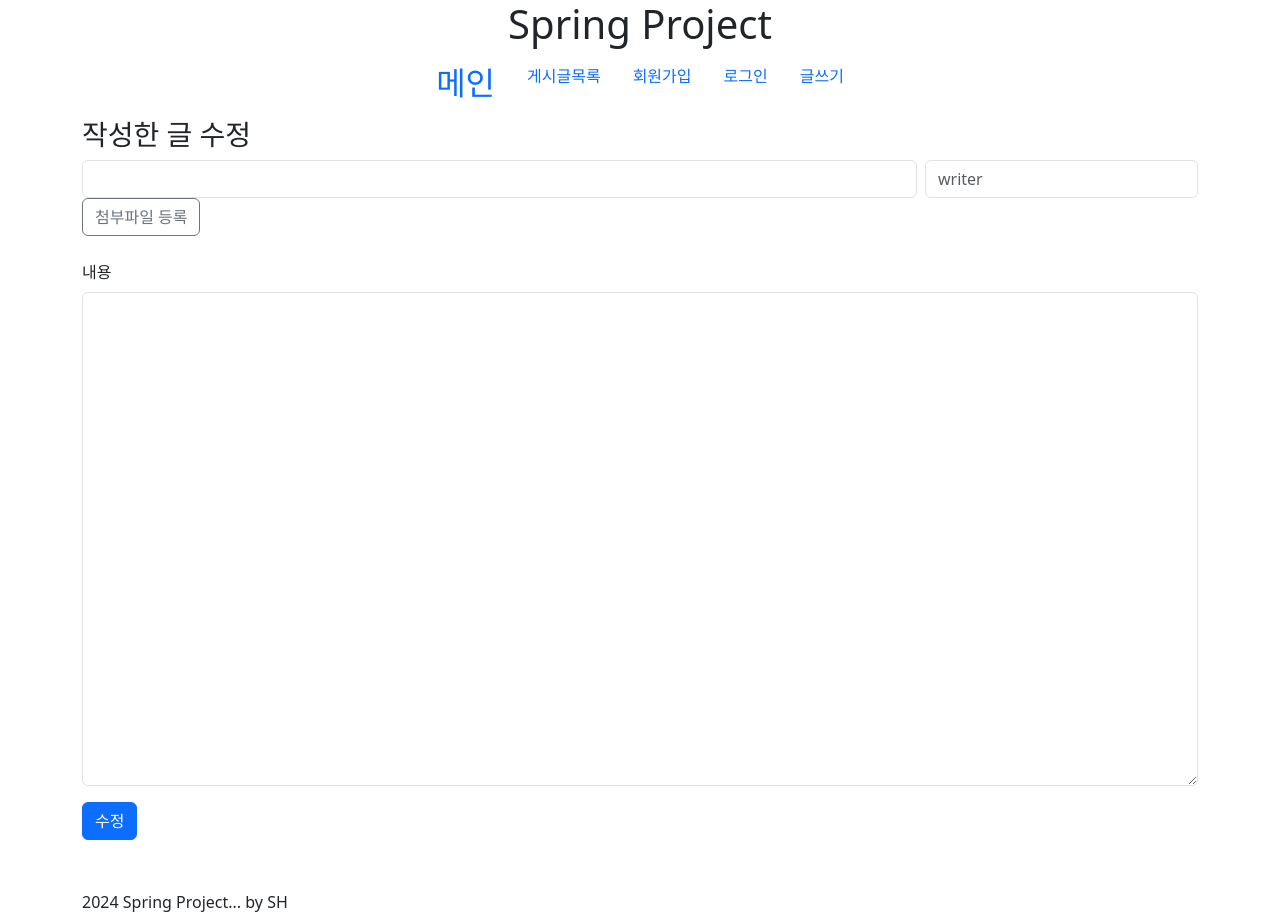
Repository: dtkd19/spring_personal_project
Page: http://localhost/myproject/WEB-INF/views/board/modify.jsp
These files come from the project's save history. The page is drawn as it stood at one moment and after the next save; the edit follows.
The browser window is 1280 px wide. The pictures show the whole page.
The page is served by Tomcat 9. Nobody is signed in. Other server files are loaded and not shown. The template is opened directly, without the code that normally fills it, so the values that code supplies are empty.

Above is the page before, as saved 2024-11-07 07:54:37.

### myproject/src/main/webapp/WEB-INF/views/board/modify.jsp
<%@ page language="java" contentType="text/html; charset=UTF-8"
	pageEncoding="UTF-8"%>
<%@ taglib uri="http://java.sun.com/jsp/jstl/core" prefix="c"%>

<jsp:include page="../layout/header.jsp" />

<div class="container-md">
	<h3>작성한 글 수정</h3>
	<c:set value="${bdto.bvo }" var="bvo"></c:set>
	<form action="/board/modify" method="post" enctype="multipart/form-data">
	<input type="hidden" name="bno" value="${bvo.bno }">
		<div class="row g-2">
			<div class="col-sm-9">
				<input type="text" class="form-control" id="t" name="title" value="${bvo.title }"
					>
			</div>
			<div class="col-sm">
				<input type="text" class="form-control" id="w" name="writer"
					placeholder="writer" value="${bvo.writer }" readonly="readonly">
			</div>
		</div>
		<button type="button" class="btn btn-outline-secondary" id="trigger">첨부파일 등록</button>
		<span id="fileZone"></span>
		<div class="mb-3">
			<br> <label for="c" class="form-label">내용</label>
			<textarea class="form-control" id="c" rows="20" cols="5"
				name="content" >${bvo.content }</textarea>
		</div>
		<button type="submit" class="btn btn-primary" id="regBtn">수정</button>

	</form>
</div>

<jsp:include page="../layout/footer.jsp" />

### myproject/src/main/webapp/WEB-INF/views/layout/header.jsp
<%@ page language="java" contentType="text/html; charset=UTF-8"
    pageEncoding="UTF-8"%><%@ taglib uri="http://java.sun.com/jsp/jstl/core" prefix="c"%>
<!DOCTYPE html>
<html>
<head>
<meta charset="UTF-8">
<title>header.jsp</title>
<link href="https://cdn.jsdelivr.net/npm/bootstrap@5.3.3/dist/css/bootstrap.min.css" rel="stylesheet" integrity="sha384-QWTKZyjpPEjISv5WaRU9OFeRpok6YctnYmDr5pNlyT2bRjXh0JMhjY6hW+ALEwIH" crossorigin="anonymous">
<script src="https://cdn.jsdelivr.net/npm/bootstrap@5.3.3/dist/js/bootstrap.bundle.min.js" integrity="sha384-YvpcrYf0tY3lHB60NNkmXc5s9fDVZLESaAA55NDzOxhy9GkcIdslK1eN7N6jIeHz" crossorigin="anonymous"></script>
</head>
<body>
<div class="container-md">
<h1 style="text-align: center;">
	Spring Project
</h1>
<ul class="nav justify-content-center">
  <li class="nav-item">
    <h2><a class="nav-link active" aria-current="page" href="/">메인</a></h2>
  </li>
  <li class="nav-item">
    <a class="nav-link" href="/board/list">게시글목록</a>
  </li>
  <li class="nav-item">
    <a class="nav-link" href="#">회원가입</a>
  </li>
  <li class="nav-item">
    <a class="nav-link" href="#">로그인</a>
  </li>
  <li class="nav-item">
    <a class="nav-link" href="/board/register">글쓰기</a>
  </li>
</ul>




</div>
</body>
</html>

### myproject/src/main/webapp/WEB-INF/views/layout/footer.jsp
<%@ page language="java" contentType="text/html; charset=UTF-8"
    pageEncoding="UTF-8"%>
<%@ taglib uri="http://java.sun.com/jsp/jstl/core" prefix="c"%>

	<div class="container-md">
		<div style= "vertical-align: middle; margin-top: 50px" >
		2024 Spring Project... by SH
		</div>
	</div>
</body>
</html>

After the next save:
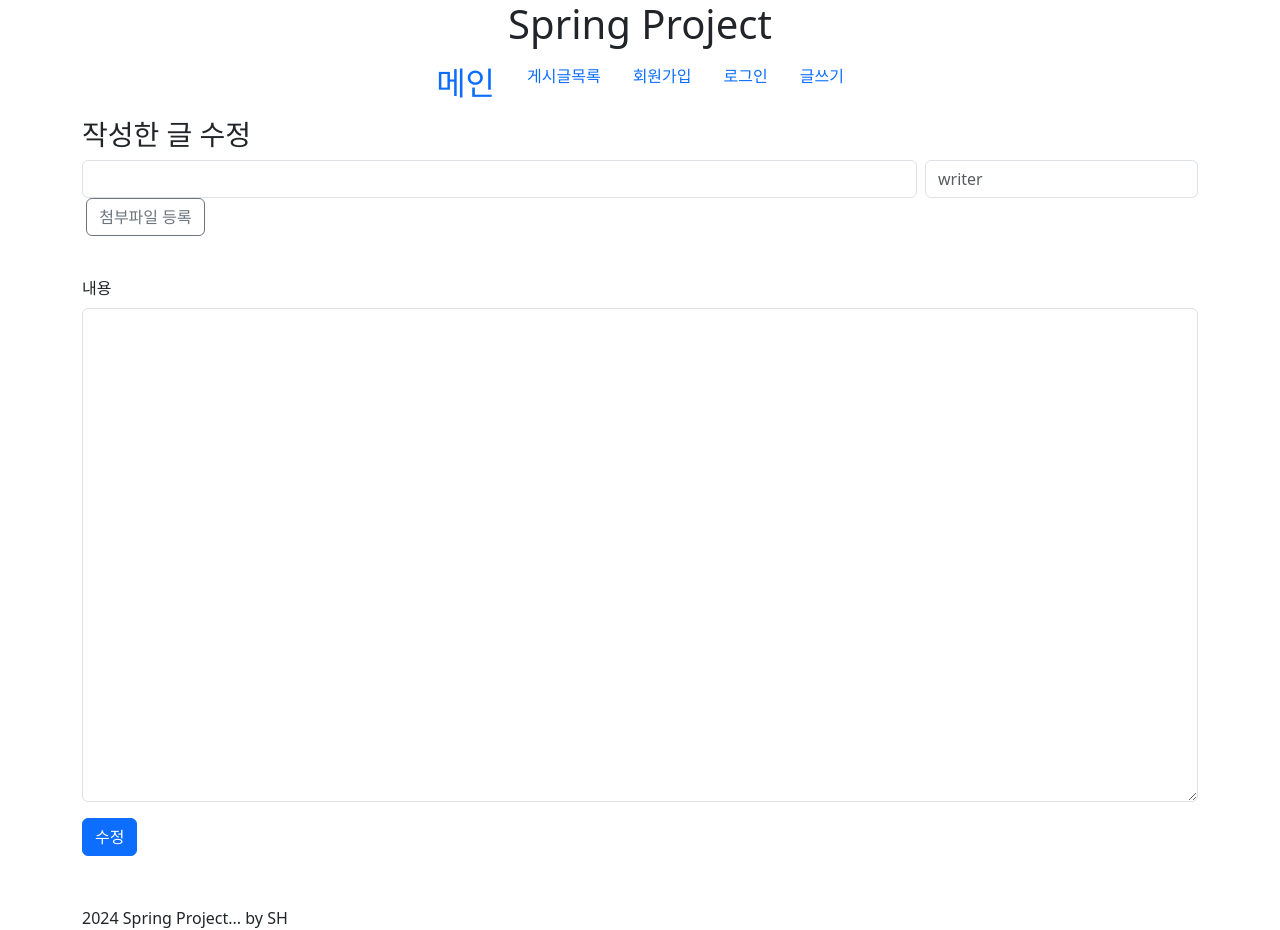
Saved 20 s later.
--- a/myproject/src/main/webapp/WEB-INF/views/board/modify.jsp
+++ b/myproject/src/main/webapp/WEB-INF/views/board/modify.jsp
@@ -19,8 +19,12 @@
 					placeholder="writer" value="${bvo.writer }" readonly="readonly">
 			</div>
 		</div>
-		<button type="button" class="btn btn-outline-secondary" id="trigger">첨부파일 등록</button>
-		<span id="fileZone"></span>
+		<div class="mb-3">
+			<label for="file" class="form-label"></label>
+			<input type="file" class="form-control" id="file" name="files" multiple="multiple" style="display:none">
+			<button type="button" class="btn btn-outline-secondary" id="trigger">첨부파일 등록</button>
+			<span id="fileZone"></span>
+		</div>
 		<div class="mb-3">
 			<br> <label for="c" class="form-label">내용</label>
 			<textarea class="form-control" id="c" rows="20" cols="5"
